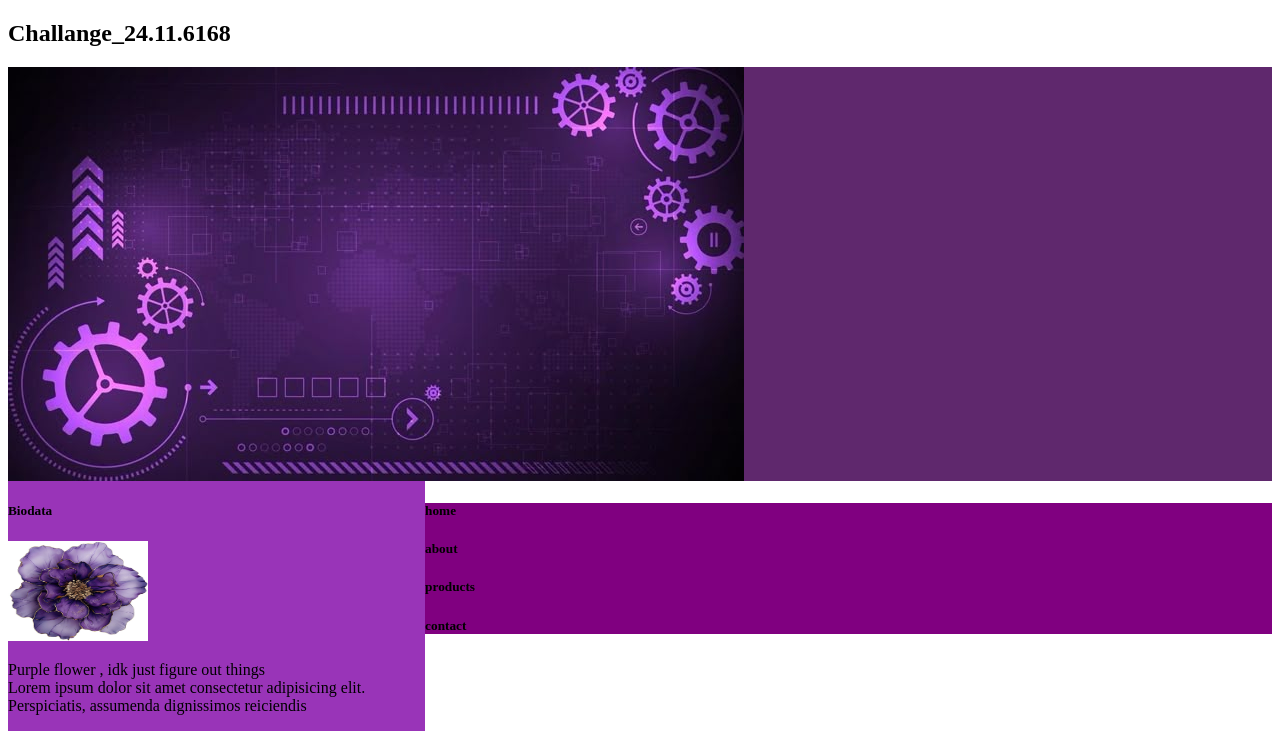
Repository: Ms-Ulfiyahrustam/p5_pemogramanweb
Page: index.html
An editor plug-in stored every save of this project. The page is shown before and after the next save, followed by the edit.
The browser window is 1280 px wide. The pictures show the whole page.

Above is the page before, as saved 2026-04-27 09:25:50.

After the next save:
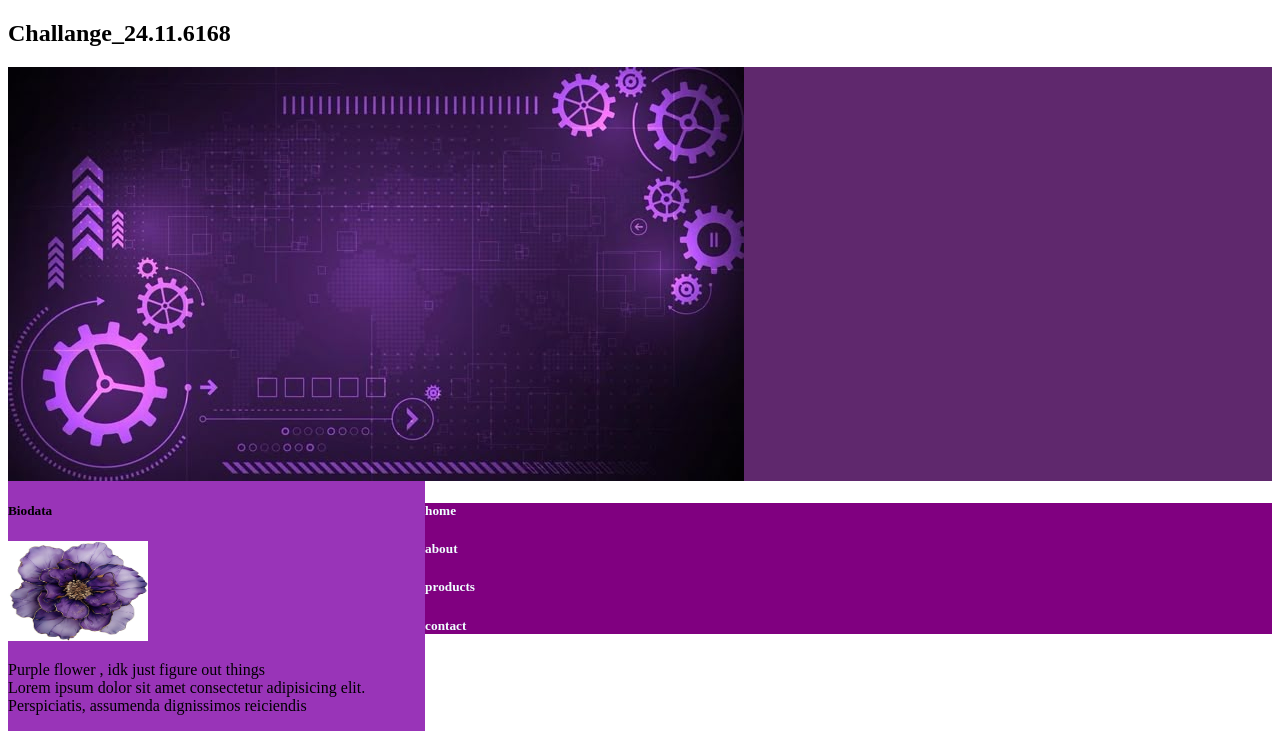
Saved 26 s later.
--- a/style.css
+++ b/style.css
@@ -1,5 +1,3 @@
-
-
 
 
 .flex-container{
@@ -15,8 +13,12 @@
 
 }
 
+.rightside{
+
+}
 
 .midplace{
     background-color: purple;
+    color: azure;
 
 }
